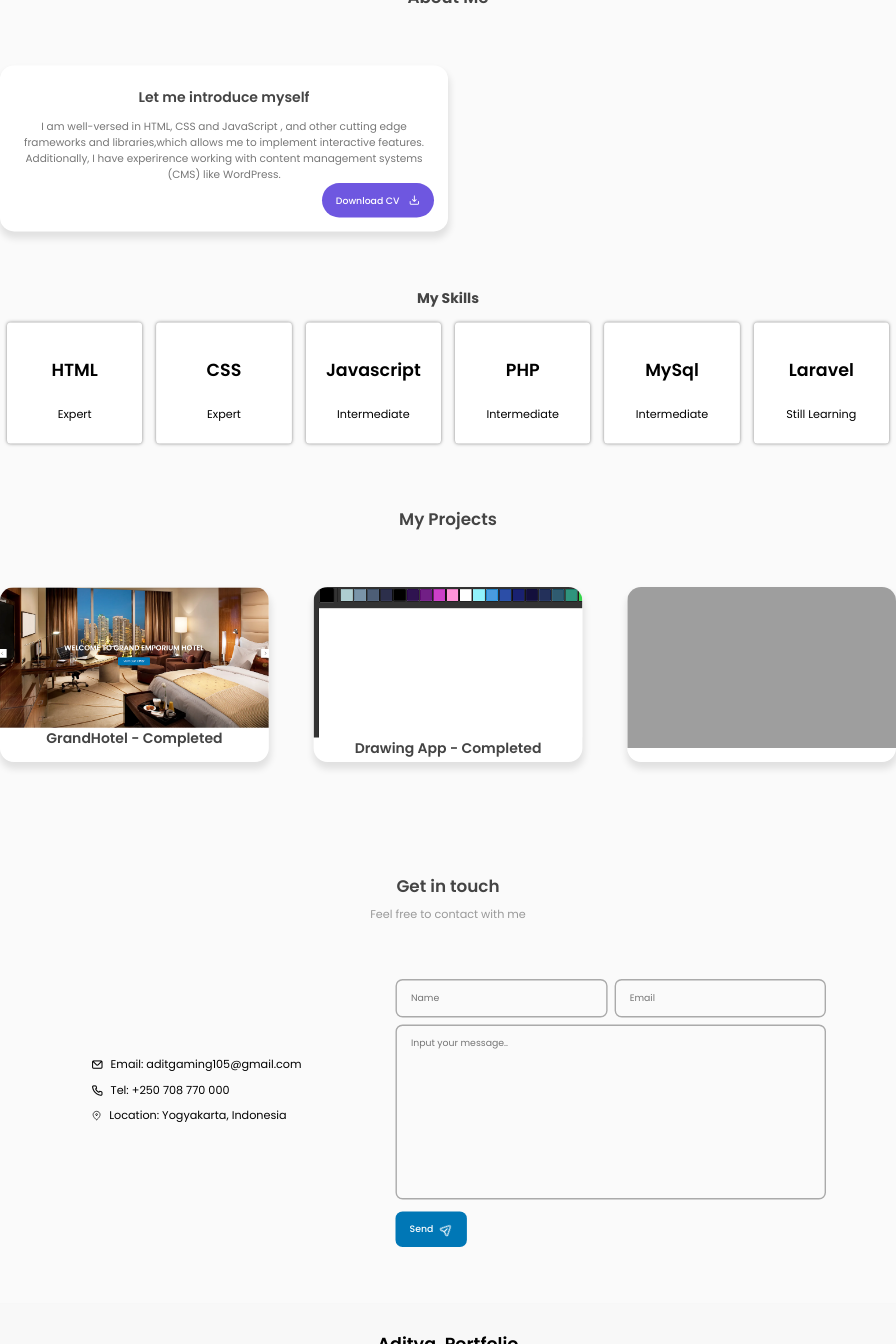
Repository: 4Kbrain/Portofolio
Page: index.html
These files come from the project's save history. The page is drawn as it stood at one moment and after a run of saves; the edit follows.
The browser window is 1280 px wide. The pictures show the part of the page from y = 821 to 2741 px (the page is 3007 px tall), at 70% of full size.
Pictures or frames that could not be fetched are drawn as grey boxes.

Above is the page before, as saved 2024-05-15 17:48:41.
Console error: ReferenceError: ScrollReveal is not defined

### index.html
<!DOCTYPE html>
<html lang="en">

<head>
    <meta charset="UTF-8">
    <meta name="viewport" content="width=device-width, initial-scale=1.0">
    <link rel="stylesheet" href="https://unicons.iconscout.com/release/v4.0.8/css/line.css">
    <link rel="stylesheet" href="assets/css/style.css">
    <link rel="shortcut icon" href="assets/img/favicon.png" type="image/x-icon">

    <title>Portfolio | Aditya</title>
</head>

<body>

    <div class="container">
        <!-- header -->
        <nav id="header">
            <div class="nav-logo">
                <a href="#home">
                    <p class="nav-name">Aditya</p>
                    <span>.</span>
                </a>
            </div>
            <div class="nav-menu" id="myNavMenu">
                <ul class="nav_menu_list">
                    <li class="nav_list">
                        <a href="#home" class="nav-link active-link">Home</a>
                        <div class="circle"></div>
                    </li>
                    <li class="nav_list">
                        <a href="#about" class="nav-link">About</a>
                        <div class="circle"></div>
                    </li>
                    <li class="nav_list">
                        <a href="#projects" class="nav-link">Projects</a>
                        <div class="circle"></div>
                    </li>
                    <li class="nav_list">
                        <a href="#contact" class="nav-link">Contact</a>
                        <div class="circle"></div>
                    </li>
                </ul>
            </div>
            <div class="nav-button">
                <a id="downloadCVButton" href="assets/CV/Aditya%20CV.pdf" download="CV.pdf" class="btn">Download CV <i
                        class="uil uil-file-alt"></i></a>
            </div>
            <div class="nav-menu-btn">
                <i class="uil uil-bars" onclick="myMenuFunction()"></i>
            </div>
        </nav>

        <!-- -------------- MAIN ---------------- -->
        <main class="wrapper">
            <!-- -------------- FEATURED BOX ---------------- -->
            <section class="featured-box" id="home">
                <div class="featured-text">
                    <div class="featured-text-card">
                        <span>Aditya Dwi Nugroho</span>
                    </div>
                    <div class="featured-name">
                        <p>I'm <span class="typedText"></span></p>
                    </div>
                    <div class="featured-text-info">
                        <p>I'm a beginner web developer with a passion for creating fully responsive websites. I'm eager to learn and grow in both front-end and back-end development.
                        </p>
                    </div>
                    <div class="featured-text-btn">
                        <button class="btn blue-btn">Contact Me</button>
                        <a id="downloadCVButton" href="assets/CV/Aditya%20CV.pdf" download="CV.pdf" class="btn">Download CV <i class="uil uil-file-alt"></i></a>

                    </div>
                    <div class="social_icons">
                        <div class="icon"><a href="https://www.instagram.com/allen.adityadn/"><i class="uil uil-instagram"></i></a></div>
                        <div class="icon"><a href="https://wa.me/0895339926715"><i class="uil uil-whatsapp"></i></a></div>
                        <div class="icon"><a href="https://github.com/4Kbrain"><i class="uil uil-github-alt"></i></a></div>

                    </div>
                </div>
                <div class="featured-image">
                    <div class="image">
                        <img src="assets/img/avatar.png" alt="avatar">
                    </div>
                </div>

    </div>

    </section>
    <!-- -------------- ABOUT BOX ---------------- -->
    <section class="section" id="about">
        <div class="top-header">
            <h1>About Me</h1>
        </div>
        <div class="row">
            <div class="col">
                <div class="about-info">
                    <h3>Let me introduce myself</h3>
                    <p>I am well-versed in HTML, CSS and JavaScript , and other cutting edge
                        frameworks and libraries,which allows me to implement interactive features.
                        Additionally, I have experirence working with content management systems (CMS) like
                        WordPress.
                    </p>
                    <div class="about-btn">
                        <a href="assets/CV/Aditya%20CV.pdf" download>
                            <button class="btn">Download CV <i class="uil uil-import"></i></button>
                          </a>

                    </div>
                </div>
            </div>
        </div>
    </section>

    <!-- Skills -->
<section class="skills" id="skills">

    <div class="skill" id="skill">
        <h1>My Skills</h1>
        <div class="content">
          <div class="flex">
            <div class="kotak" data-aos="flip-down" data-aos-delay="500">
              <div class="logo">
                <i class="fa-brands fa-html5"></i>
              </div>
              <div class="nama">HTML</div>
              <div class="ukuran">Expert</div>
            </div>
            <div class="kotak" data-aos="flip-right" data-aos-delay="500">
              <div class="logo">
                <i class="fa-brands fa-css3"></i>
              </div>
              <div class="nama">CSS</div>
              <div class="ukuran">Expert</div>
            </div>
            <div class="kotak" data-aos="flip-left" data-aos-delay="500">
              <div class="logo">
                <i class="fa-brands fa-js"></i>
              </div>
              <div class="nama">Javascript</div>
              <div class="ukuran">Intermediate</div>
            </div>
            <div class="kotak" data-aos="flip-up" data-aos-delay="500">
              <div class="logo">
                <i class="fa-brands fa-php"></i>
              </div>
              <div class="nama">PHP</div>
              <div class="ukuran">Intermediate</div>
            </div>
            <div class="kotak" data-aos="fade-up" data-aos-delay="500">
              <div class="logo">
                <i class="fa-solid fa-database"></i>
              </div>
              <div class="nama">MySql</div>
              <div class="ukuran">Intermediate</div>
            </div>
            <div class="kotak" data-aos="flip-down" data-aos-delay="500">
              <div class="logo">
                <i class="fa-brands fa-laravel"></i>
              </div>
              <div class="nama">Laravel</div>
              <div class="ukuran">Still Learning</div>
            </div>
          </div>
        </div>
      </div>

</section>



    <!-- -------------- PROJECT BOX ---------------- -->

    <section class="section" id="projects">
        <div class="top-header">
            <h1>My Projects</h1>
        </div>
        <div class="project-container">
            <div class="project-box">
                <a href=""> <img src="assets/img/GrandHotel.png" alt="Grand Hotel Project" class="project-image"></a>

                <h3>GrandHotel - Completed</h3>
                <label class="clear">-</label>
            </div>
            <div class="project-box">
                <a href=""></a>
                <img src="assets/img/drawing.png" alt="2" class="project-image">
                <h3>Drawing App - Completed</h3>
                <label> - </label>
            </div>
            <div class="project-box">
                <img src="path/to/your/image3.jpg" alt="3" class="project-image">
                <h3></h3>
                <label> - </label>
            </div>
        </div>
    </section>



  <!-- Contact me  -->

    <section class="section" id="contact">
        <div class="top-header">
            <h1>Get in touch</h1>
            <span>Feel free to contact with me</span>
        </div>
        <div class="row">
            <div class="col">
                <div class="contact-info">
                    <p><i class="uil uil-envelope"></i> Email: aditgaming105@gmail.com</p>
                    <p><i class="uil uil-phone"></i> Tel: +250 708 770 000</p>
                    <p><svg xmlns="http://www.w3.org/2000/svg" width="1em" height="1em" viewBox="0 0 24 24"><g fill="none" stroke="currentColor" stroke-linecap="round" stroke-linejoin="round" stroke-width="1.5"><path d="M12.56 20.82a.964.964 0 0 1-1.12 0C6.611 17.378 1.486 10.298 6.667 5.182A7.592 7.592 0 0 1 12 3c2 0 3.919.785 5.333 2.181c5.181 5.116.056 12.196-4.773 15.64"/><path d="M12 12a2 2 0 1 0 0-4a2 2 0 0 0 0 4"/></g></svg>Location: Yogyakarta, Indonesia</p>
                </div>
            </div>
            <div class="col">
                <div class="form-control">
                    <div class="form-inputs">
                        <input type="text" class="input-field" placeholder="Name">
                        <input type="text" class="input-field" placeholder="Email">
                    </div>
                    <div class="text-area">
                        <textarea placeholder="Input your message.."></textarea>
                    </div>
                    <div class="form-button">
                        <button class="btn">Send <i class="uil uil-message"></i></button>
                    </div>
                </div>
            </div>
        </div>
    </section>

    </main>

    <!-- Footer -->
    <footer>
        <div class="top-footer">
            <p>Aditya. Portfolio</p>
        </div>
        <div class="middle-footer">
            <ul class="footer-menu">
                <li class="footer_menu_list">
                    <a href="#home">Home</a>
                </li>
                <li class="footer_menu_list">
                    <a href="#about">About</a>
                </li>
                <li class="footer_menu_list">
                    <a href="#projects">Projects</a>
                </li>
                <li class="footer_menu_list">
                    <a href="#contact">Contact</a>
                </li>
            </ul>
        </div>
        <div class="footer-social-icons">
            <div class="icon"><a href="https://www.instagram.com/allen.adityadn/"><i class="uil uil-instagram"></i></a></div>
            <div class="icon"><a href="https://wa.me/0895339926715"><i class="uil uil-whatsapp"></i></a></div>
            <div class="icon"><a href="https://github.com/4Kbrain"><i class="uil uil-github-alt"></i></a></div>
        </div>
        <div class="bottom-footer">
            <p>Copyright &copy; <a href="https://www.instagram.com/allen.adityadn/" style="text-decoration: none;">@allen.adityadn</a> - All rights reserved</p>
        </div>
    </footer>

    </div>

    <script src="https://unpkg.com/typed.js@2.0.16/dist/typed.umd.js"></script>
    <script src="assets/js/script.js"></script>
</body>

</html>

Loaded but not shown: assets/js/script.js (126 lines, source omitted); assets/css/style.css (741 lines, source omitted)

After the next 2 saves:
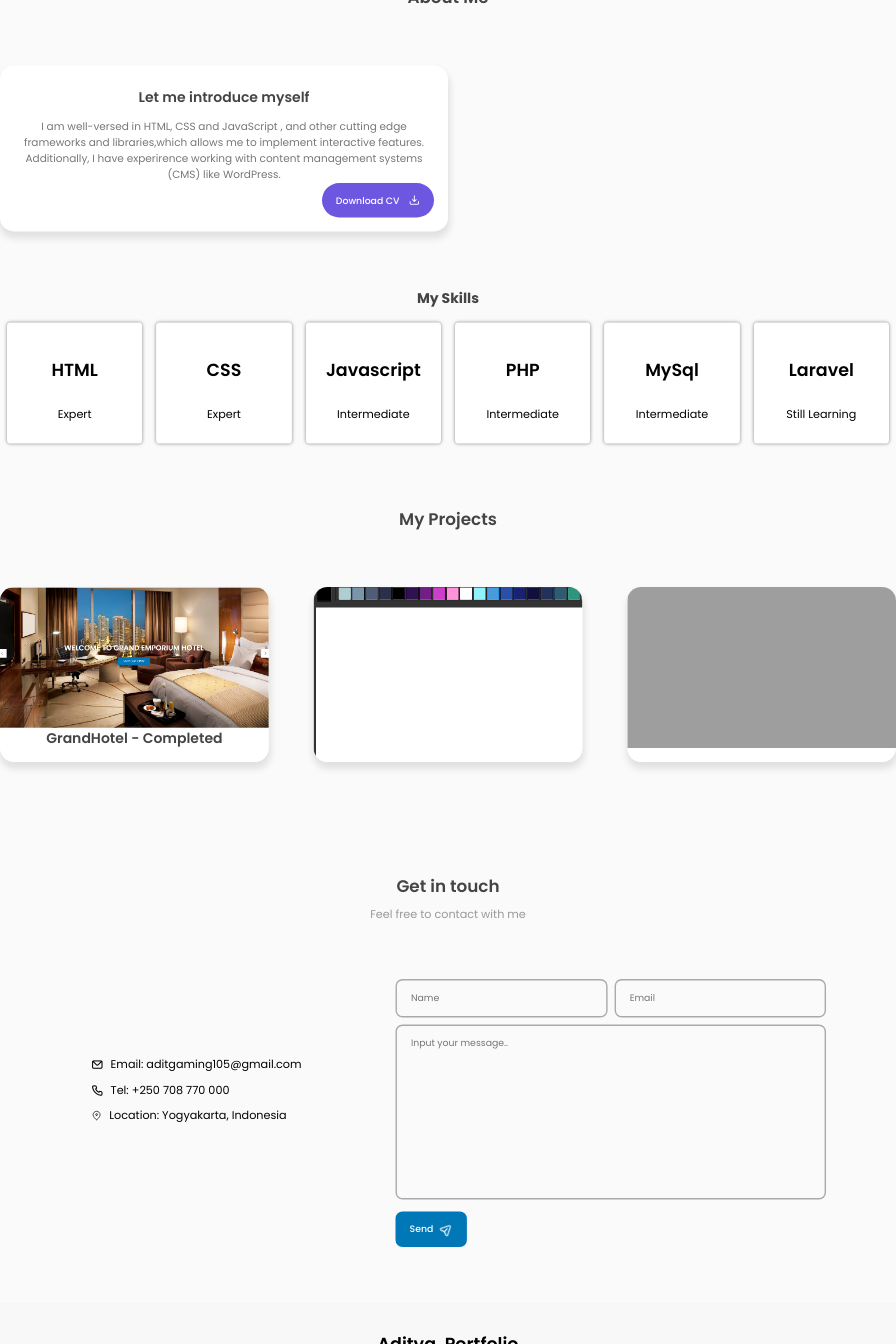
The 2 saves are shown as one change because they came seconds apart.
The last was saved 12 s later.
--- a/index.html
+++ b/index.html
@@ -183,8 +183,8 @@
                 <label class="clear">-</label>
             </div>
             <div class="project-box">
-                <a href=""></a>
-                <img src="assets/img/drawing.png" alt="2" class="project-image">
+                <a href=""><img src="assets/img/drawing.png" alt="2" class="project-image"></a>
+
                 <h3>Drawing App - Completed</h3>
                 <label> - </label>
             </div>

After the 2 saves that followed:
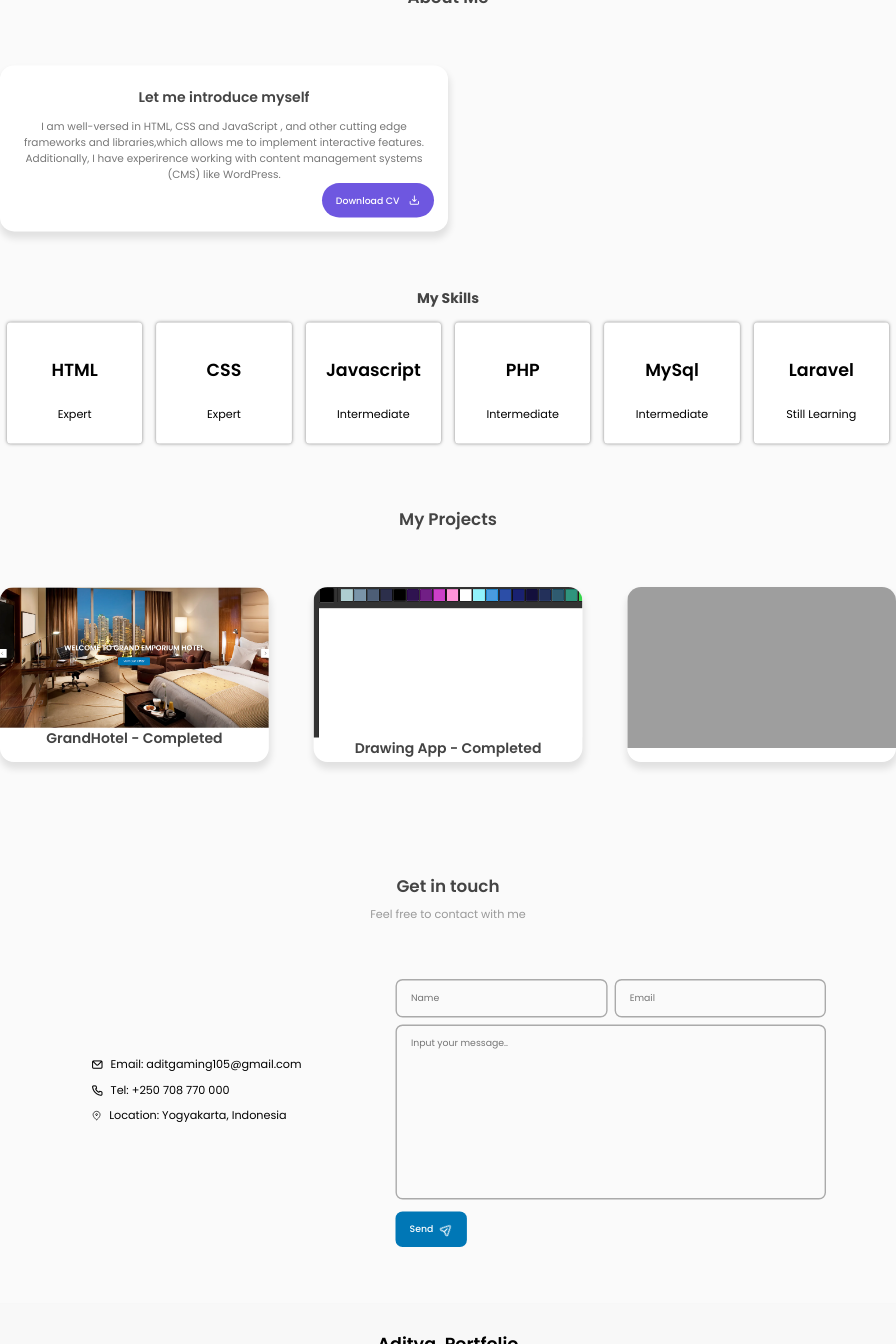
The 2 saves are shown as one change because 1 left the picture as it was.
The last was saved 9 s later.
--- a/index.html
+++ b/index.html
@@ -183,8 +183,8 @@
                 <label class="clear">-</label>
             </div>
             <div class="project-box">
-                <a href=""><img src="assets/img/drawing.png" alt="2" class="project-image"></a>
-
+                <a href=""></a>
+                <img src="assets/img/drawing.png" alt="2" class="project-image">
                 <h3>Drawing App - Completed</h3>
                 <label> - </label>
             </div>
